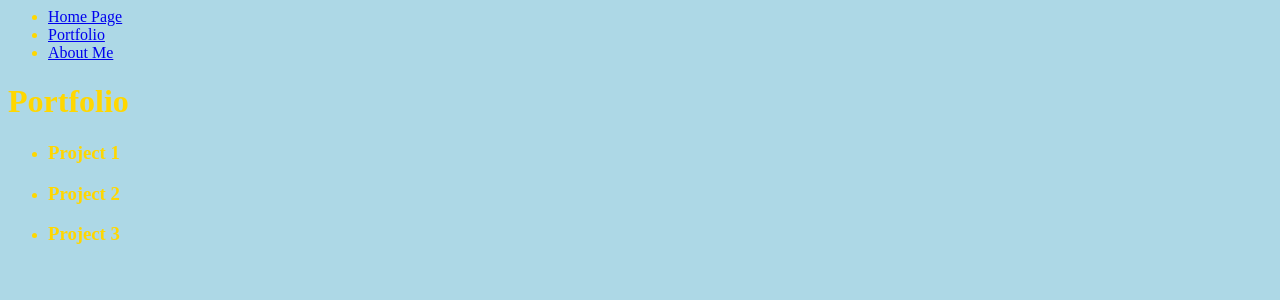
Repository: KevinAbr/KevinAbr.github.io
Page: portfolio.html
The author's editor kept a record of every edit. The page is drawn from the files as they stood at one moment, then again after the next edit.
The browser window is 1280 px wide. The pictures show the whole page.

Above is the page before.

After the next edit:
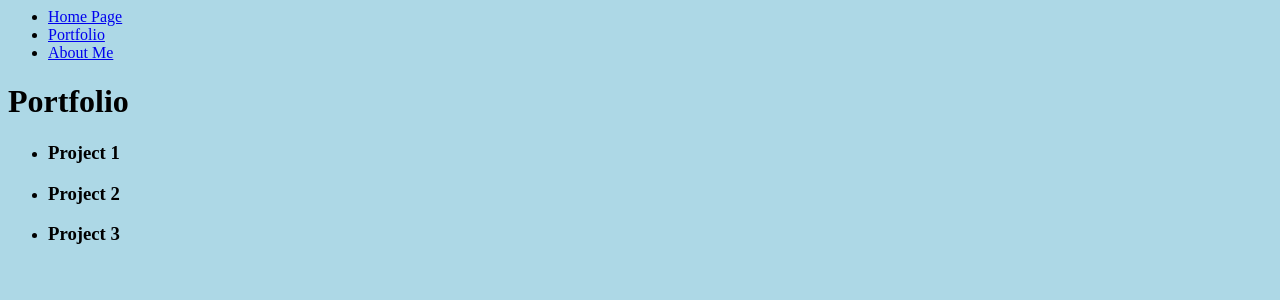
The edit:
--- a/portfolio.html
+++ b/portfolio.html
@@ -3,7 +3,7 @@
        <title>Portfolio</title>
             <style>
             body {
-                color:gold;
+                color:black;
         }
 
             body {
